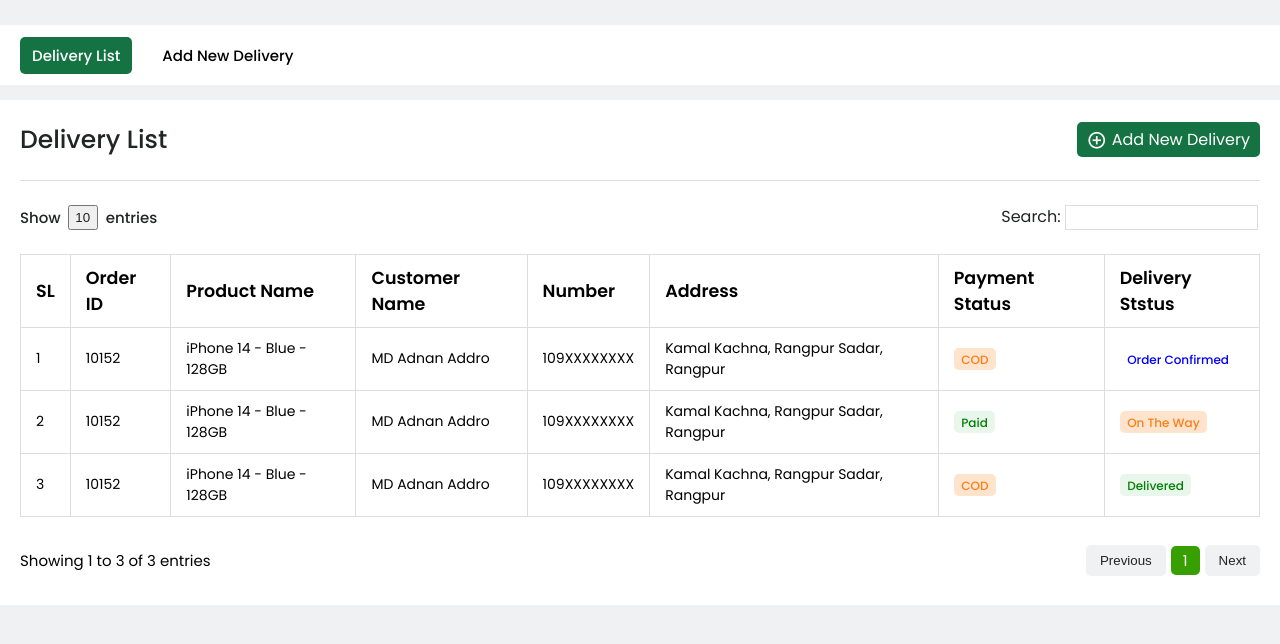
Repository: codebyaddro/delivery-page
Page: delivery.html
The author's editor kept a copy of each file at every save. The page is drawn from the files as they stood at one save, then again after the next save.
The browser window is 1280 px wide. The pictures show the whole page.

Above is the page before, as saved 2025-02-27 14:13:10.

After the next save:
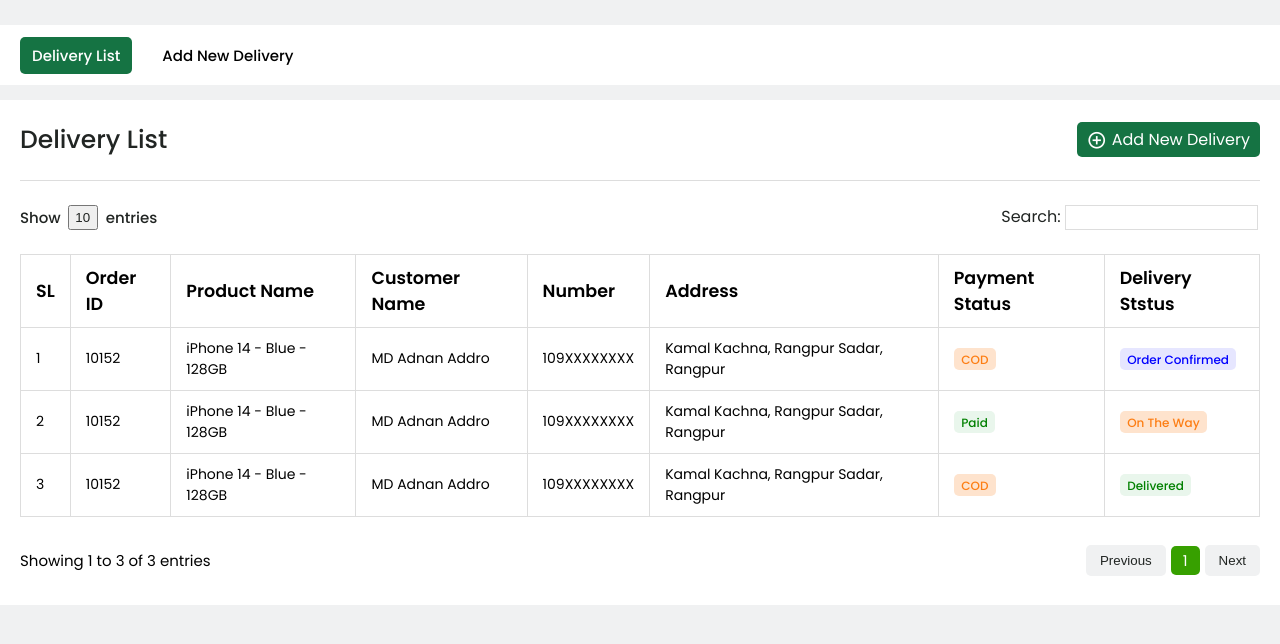
Saved 18 s later.
--- a/delivery.css
+++ b/delivery.css
@@ -19,7 +19,7 @@
     --red: #FF0000;
     --light-red: #fbeaec;
     --blue: #0000ff;
-    ---lt-blue: #e6e6ff;
+    --lt-blue: #e6e6ff;
 }
 
 /* ---------- */
